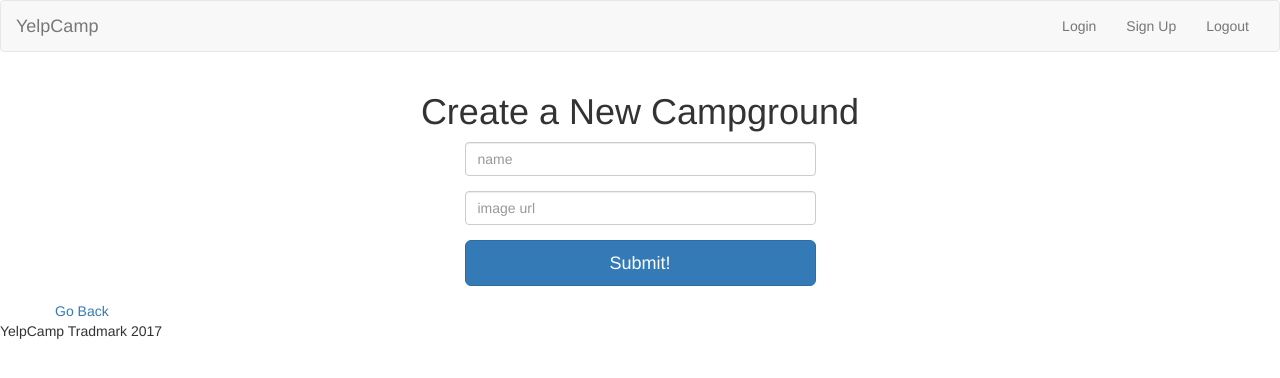
Repository: pruzic/webdevbootcamp
Page: http://localhost/campgrounds/new
The author's editor kept a record of every edit. The page is drawn from the files as they stood at one moment, then again after the next edit.
The browser window is 1280 px wide. The pictures show the whole page.
The page is served by the project's Node server (YelpCamp/v1/app.js).

Above is the page before.

After the next edit:
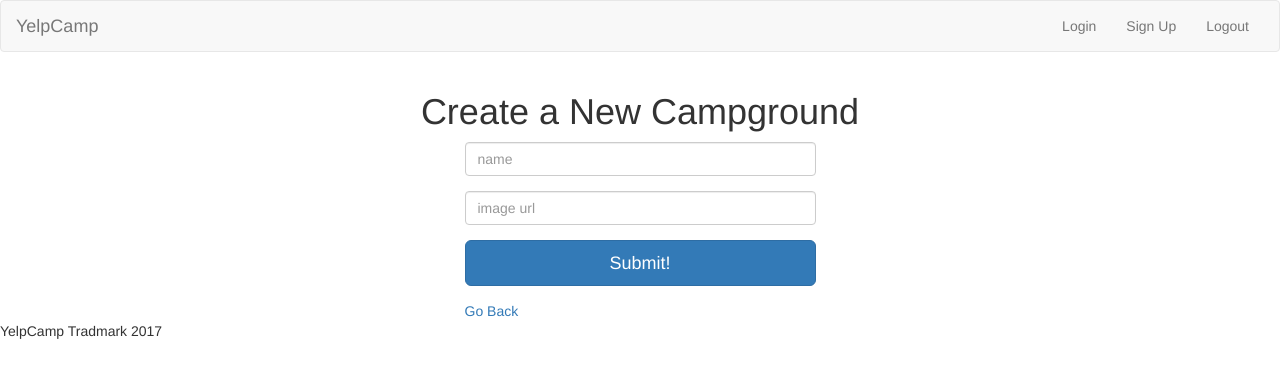
The edit:
--- a/workspace/YelpCamp/v1/views/new.ejs
+++ b/workspace/YelpCamp/v1/views/new.ejs
@@ -15,8 +15,9 @@
                     <button class="btn btn-lg btn-primary btn-block">Submit!</button>
                 </div
             </form>
-            </div>
-        <a href="/campgrounds">Go Back</a>
+            <a href="/campgrounds">Go Back</a>
+        </div>
+
     </div>
 </div>
 <% include partials/footer %>
